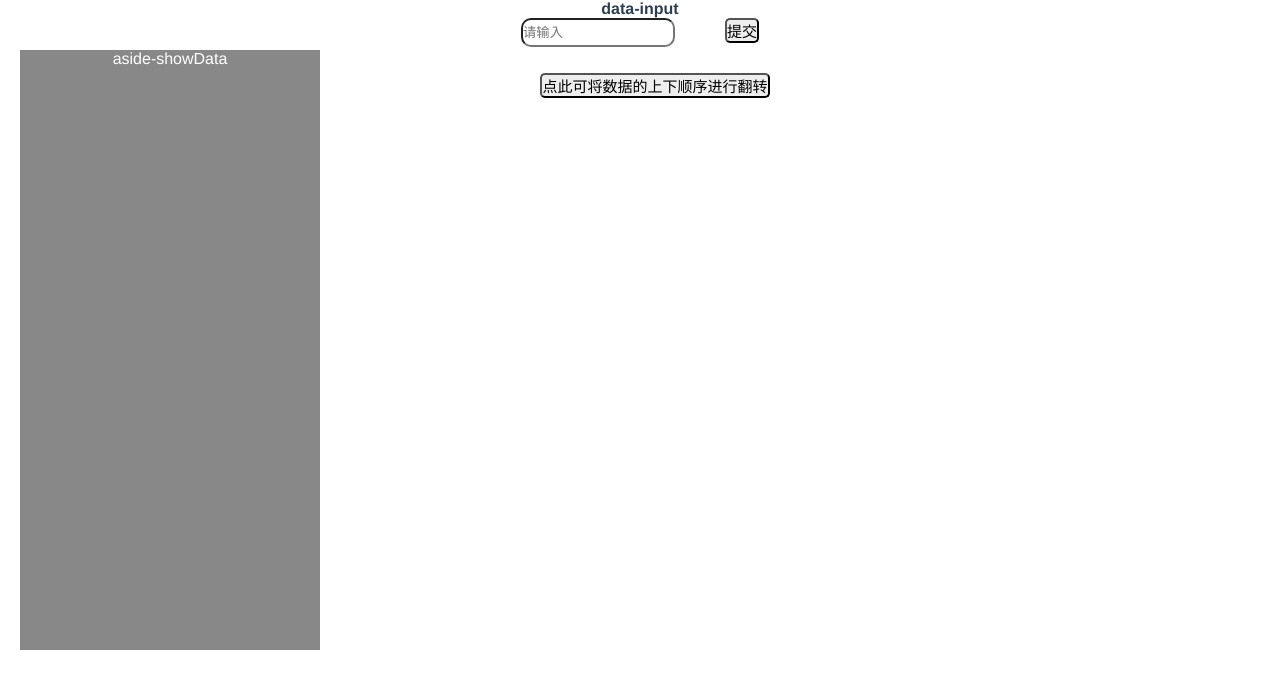
Repository: z-xy-git/demofirst
Page: /
The author's editor kept a copy of each file at every save. The page is drawn from the files as they stood at one save, then again after the next save.
The browser window is 1280 px wide. The pictures show the whole page.
The project was rebuilt for these pictures with package versions that can differ from the ones it lists, and the page was loaded fresh each time. Also part of the build but not shown: src/views/ShowData.vue, src/views/ReverseShowData.vue.

Above is the page before, as saved 2021-03-01 10:11:25.

### src/router/index.js
import Vue from 'vue'
import VueRouter from 'vue-router'
import Home from '../views/Home.vue'
import ShowData from '../views/ShowData.vue'
import ReverseShowData from '../views/ReverseShowData.vue'

Vue.use(VueRouter)

const routes = [
  {
    path: '',
    redirect: '/home'
  },
  {
    path: '/home',
    name: 'Home',
    component: Home,
    children:[
      {
        path: 'showData',
        component: ShowData
      },
      {
        path: 'reverseShowData',
        component: ReverseShowData
      }
    ]
  },
  // {
    // path: '/showData',
    // name: 'ShowData',
    // route level code-splitting
    // this generates a separate chunk (about.[hash].js) for this route
    // which is lazy-loaded when the route is visited.
    // component: () => import(/* webpackChunkName: "about" */ '../views/ShowData.vue')
  // }
]

const router = new VueRouter({
  mode: 'history',
  base: process.env.BASE_URL,
  routes
})

export default router

### src/store/index.js
import Vue from 'vue'
import Vuex from 'vuex'
import getters from './getters'
import mutations from './mutation'

Vue.use(Vuex)

export default new Vuex.Store({
  state: {
    dataArr: []
  },
  getters,
  mutations,
  actions: {
  },
  modules: {
  }
})

### src/views/Home.vue
<template>
  <div class="home">
    <div class="left">aside-showData</div>
    <div class="right">
      <h4>data-input</h4>
      <input type="text" v-model="inputData"
        placeholder="请输入"
        class="input-style"
        onmouseover="this.select()">
      <button @click="btnclick" class="btn-style">提交</button>
      <div>
        <button @click="reverseItemData" class="btn-style">点此可将数据的上下顺序进行翻转</button>
      </div>
    </div>
    <router-view/>
  </div>
</template>

<script>
// @ is an alias to /src

export default {
  name: 'Home',
  components: {
  },
  data(){
    return{
      inputData: '',
      isgoReverse: true
    }
  },
  methods:{
    btnclick() {
      this.$store.commit('addData',this.inputData);
      this.$router.push('/home/showData');
    },
    reverseItemData(){
      if(this.isgoReverse){
        this.$router.push('/home/reverseShowData');
        this.isgoReverse = false;
      }
      else{
        this.$router.push('/home/showData');
        this.isgoReverse = true;
      }
    }
  }
}
</script>
<style>
  *{
    margin: 0;
    padding: 0;
  }
  .input-style{
    margin-right: 20px;
    outline: none;
    border-radius: 10px;
    width: 150px;
    height: 25px;
  }
  .btn-style{
    margin: 0 0 30px 30px;
    outline: none;
    border-radius: 5px;
    background-color: #eee;
    font-size: 15px;
  }
  .left{
    position: absolute;
    left: 20px;
    top: 50px;
    width: 300px;
    height: 600px;
    background-color: #888;
    color: #fff;
  }
</style>

### src/store/getters.js
export default {
  dataArr(state){
    return state.dataArr;
  }
}

### src/store/mutation.js
export default {
  addData(state, payload){
    state.dataArr.push(payload);
  }
}

Loaded but not shown: public/index.html (common file); src/main.js (common file); src/App.vue (common file)

After the next save:
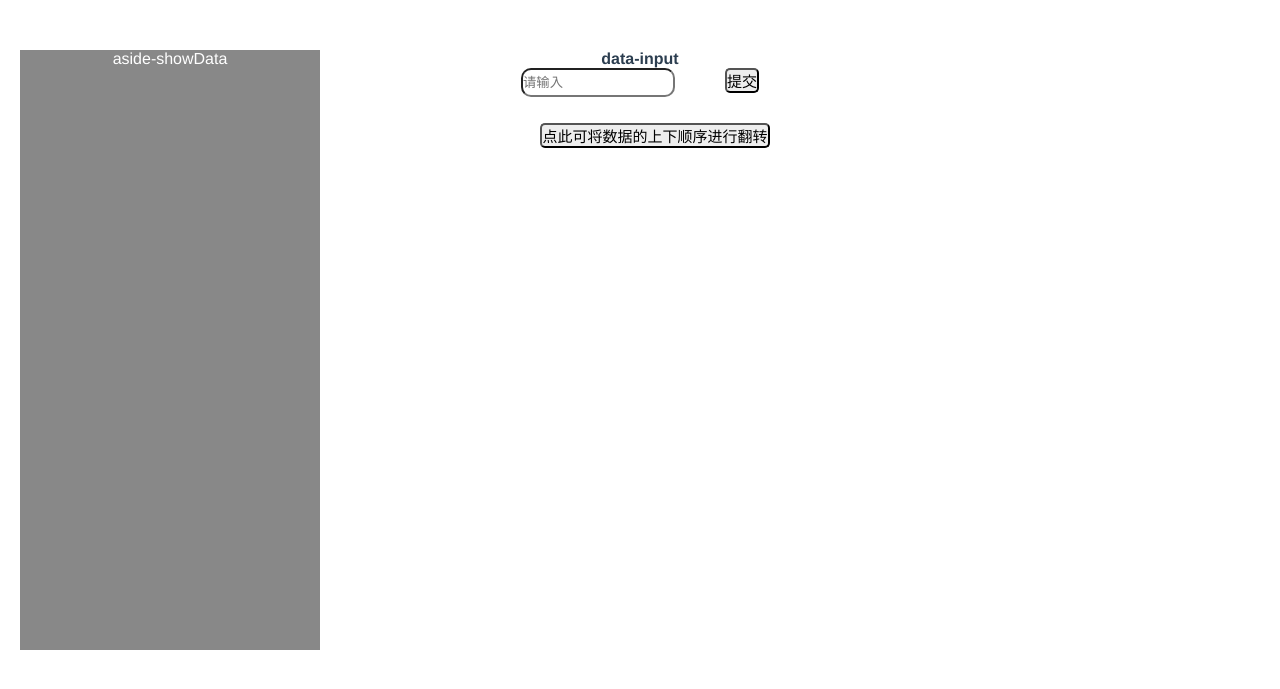
Saved 25 s later.
--- a/src/views/Home.vue
+++ b/src/views/Home.vue
@@ -52,6 +52,9 @@ export default {
     margin: 0;
     padding: 0;
   }
+  .right{
+    padding: 50px;
+  }
   .input-style{
     margin-right: 20px;
     outline: none;
